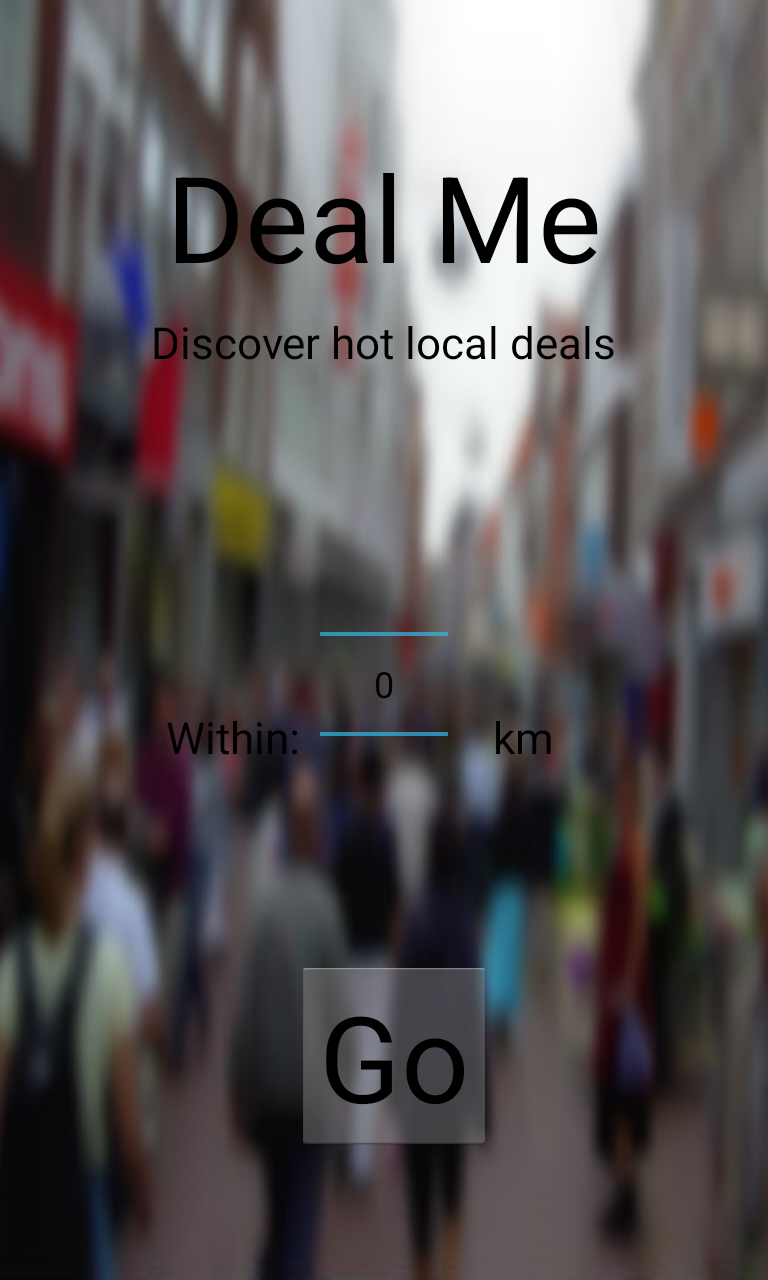
Repository: vmathur/mchacks
Layout: mobile/DealMe/res/layout/activity_main.xml
The author's editor kept a copy of each file at every save. The layout is drawn from the files as they stood at one save, then again after the next save.
It is drawn on a 768 x 1280 px phone screen (xhdpi) without system bars, with theme AppTheme; the app's code is not run.

Above is the layout before, as saved 2014-02-23 05:49:14.

After the next save:
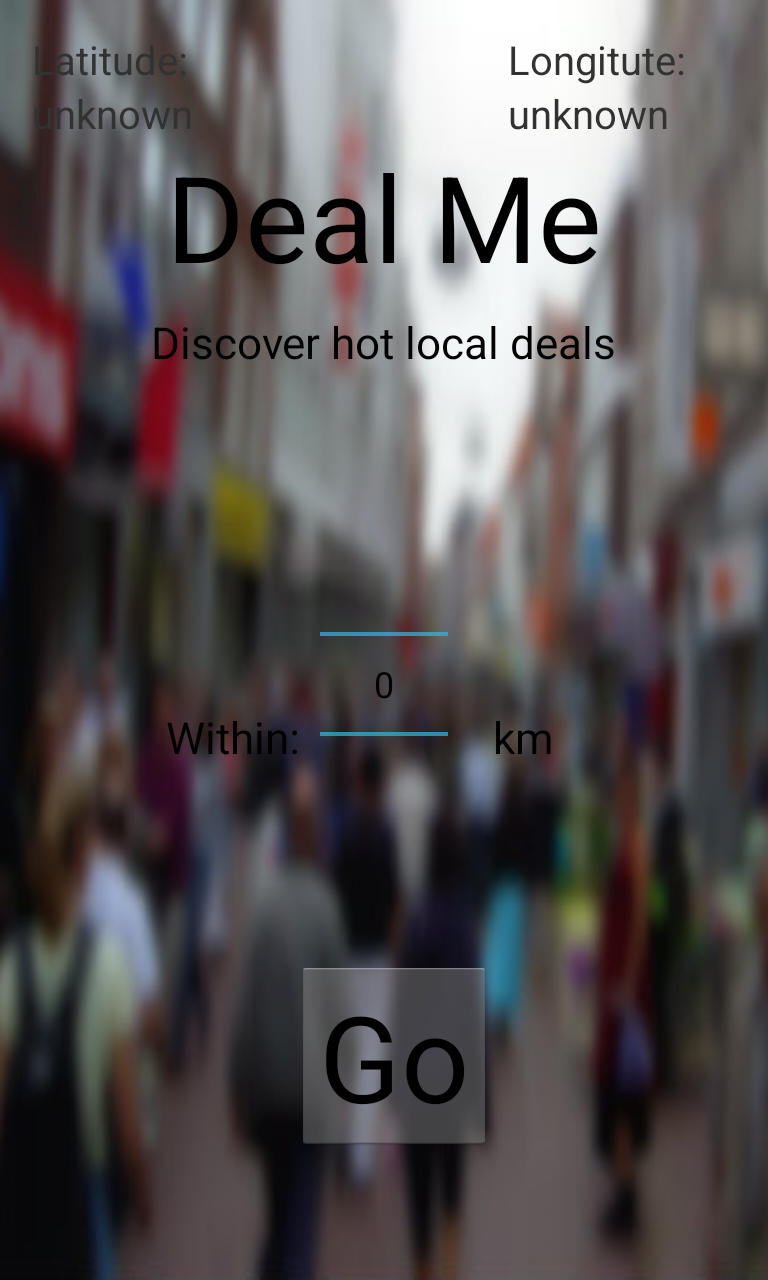
Saved 7 s later.
--- a/mobile/DealMe/res/layout/activity_main.xml
+++ b/mobile/DealMe/res/layout/activity_main.xml
@@ -2,9 +2,9 @@
     xmlns:tools="http://schemas.android.com/tools"
     android:layout_width="match_parent"
     android:layout_height="match_parent"
+    android:background="@drawable/bg"
     android:paddingBottom="@dimen/activity_vertical_margin"
     android:paddingLeft="@dimen/activity_horizontal_margin"
-    android:background="@drawable/bg"
     android:paddingRight="@dimen/activity_horizontal_margin"
     android:paddingTop="@dimen/activity_vertical_margin"
     tools:context=".Main" >
@@ -16,11 +16,8 @@
         android:layout_alignParentTop="true"
         android:layout_centerHorizontal="true"
         android:layout_marginTop="140dp"
-
         android:text="Discover hot local deals"
         android:textAppearance="?android:attr/textAppearanceLarge" />
-
-
 
     <TextView
         android:id="@+id/TextView01"
@@ -72,4 +69,42 @@
         android:text="Go"
         android:textSize="60dp" />
 
+    <TextView
+        android:id="@+id/TextView04"
+        android:layout_width="wrap_content"
+        android:layout_height="wrap_content"
+        android:layout_alignParentLeft="true"
+        android:layout_alignParentTop="true"
+        android:text="Latitude: "
+        android:textSize="20dip" />
+
+    <TextView
+        android:id="@+id/TextView03"
+        android:layout_width="wrap_content"
+        android:layout_height="wrap_content"
+        android:layout_alignParentLeft="true"
+        android:layout_below="@+id/TextView04"
+        android:text="unknown"
+        android:textSize="20dip" />
+
+    <TextView
+        android:id="@+id/TextView05"
+        android:layout_width="wrap_content"
+        android:layout_height="wrap_content"
+        android:layout_alignLeft="@+id/TextView06"
+        android:layout_below="@+id/TextView06"
+        android:text="unknown"
+        android:textSize="20dip" />
+
+    <TextView
+        android:id="@+id/TextView06"
+        android:layout_width="wrap_content"
+        android:layout_height="wrap_content"
+        android:layout_alignBaseline="@+id/TextView04"
+        android:layout_alignBottom="@+id/TextView04"
+        android:layout_alignParentRight="true"
+        android:layout_marginRight="20dp"
+        android:text="Longitute: "
+        android:textSize="20dip" />
+
 </RelativeLayout>
